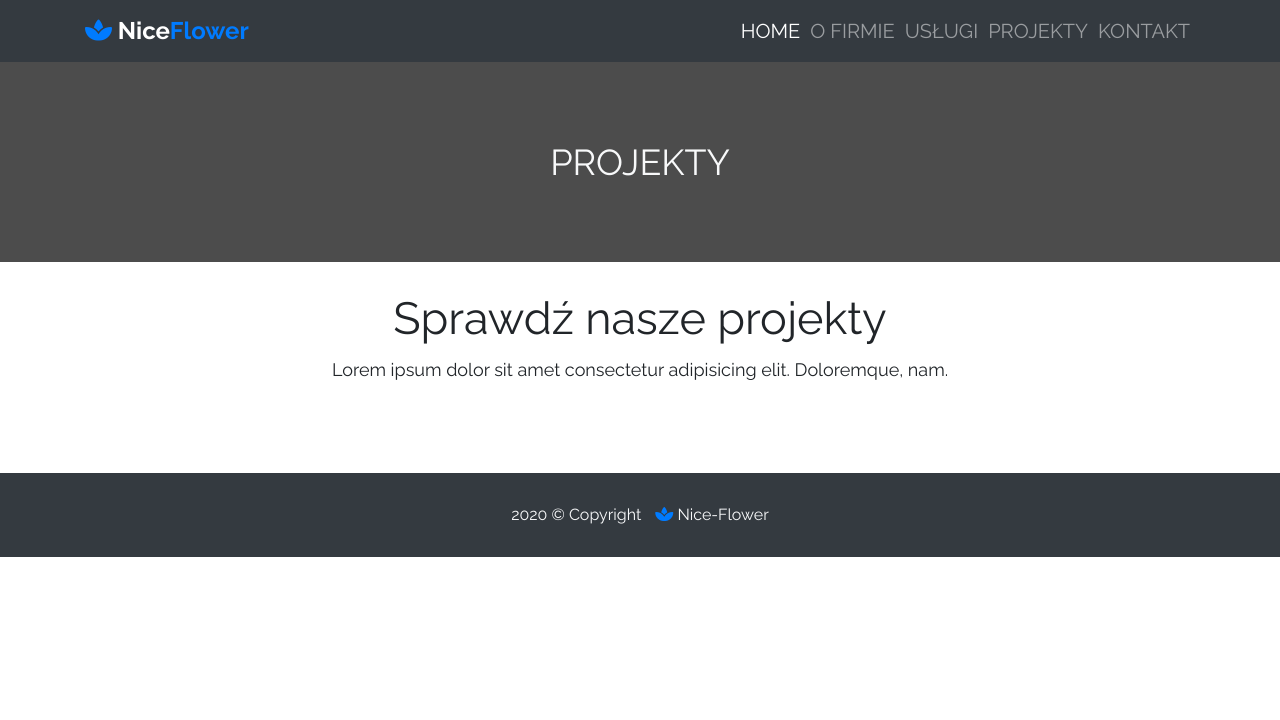
Repository: KrzysKolo/Projekt-13_Kwiaciarnia
Page: projects.html
The author's editor kept a copy of each file at every save. The page is drawn from the files as they stood at one save, then again after the next save.
The browser window is 1280 px wide. The pictures show the whole page.
Some web libraries are served in a nearby version.

Above is the page before, as saved 2020-08-11 11:57:33.

After the next save:
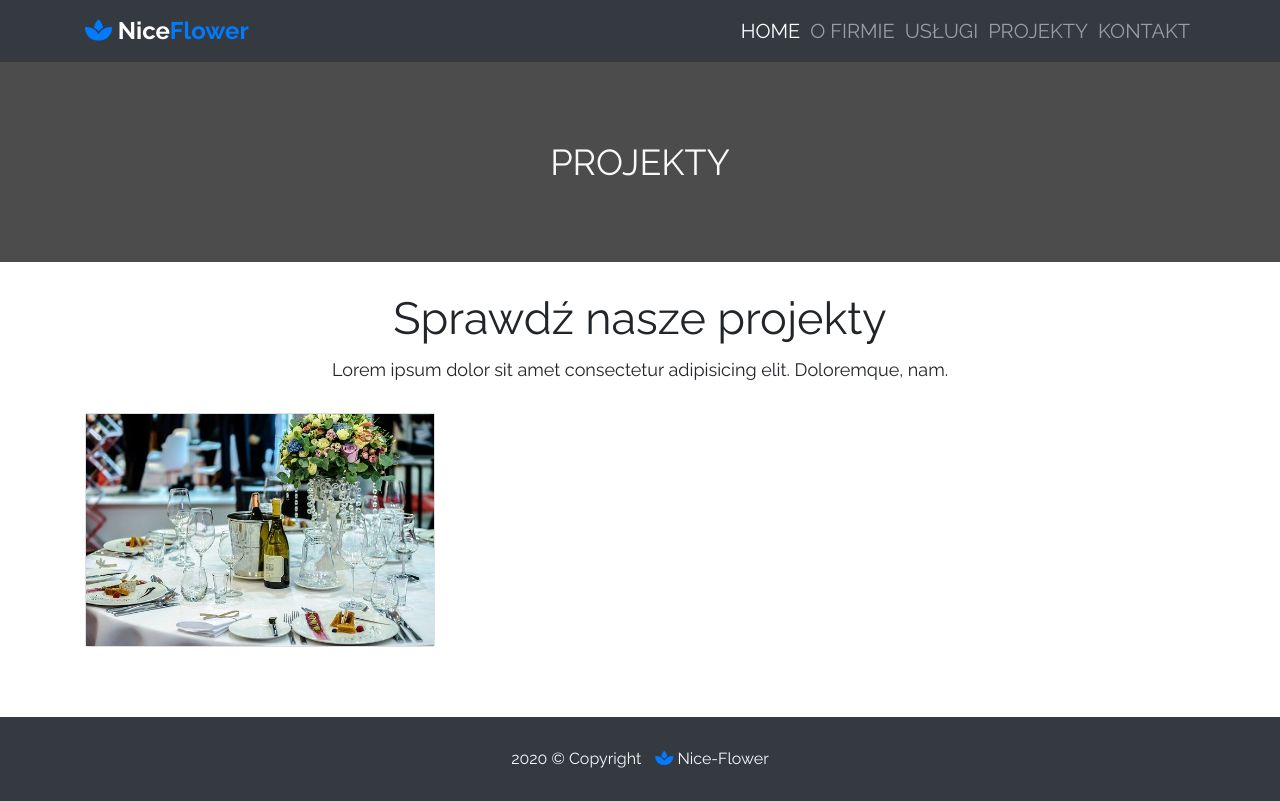
Saved 18 min 42 s later.
--- a/projects.html
+++ b/projects.html
@@ -69,6 +69,15 @@
             nam.
           </p>
         </div>
+        <div class="container">
+          <div class="row">
+            <div class="col-md-6 col-lg-4">
+              <div class="card mb-3">
+                <img src="./img/p1.jpg" alt="Lorem lorem" />
+              </div>
+            </div>
+          </div>
+        </div>
       </section>
     </main>
     <footer class="bg-dark text-light">
